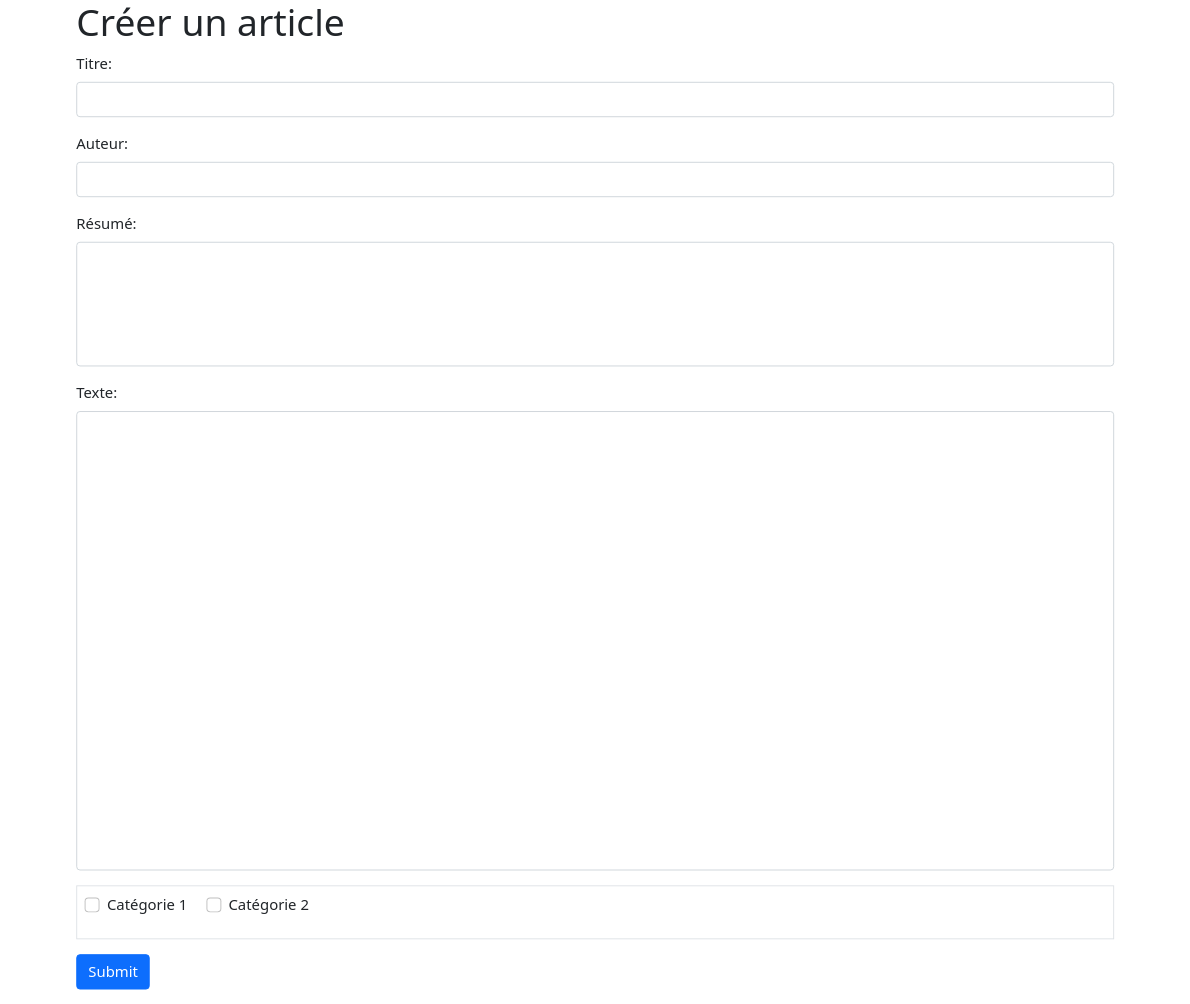
Repository: QuentinFayt/NewsWeb
Page: sources/adminNewsWeb/createArticle.html
An editor plug-in stored every save of this project. The page is shown before and after the next save, followed by the edit.
The browser window is 1280 px wide. The pictures show the whole page, at 93% of full size.

Above is the page before, as saved 2021-12-23 11:18:31.

After the next save:
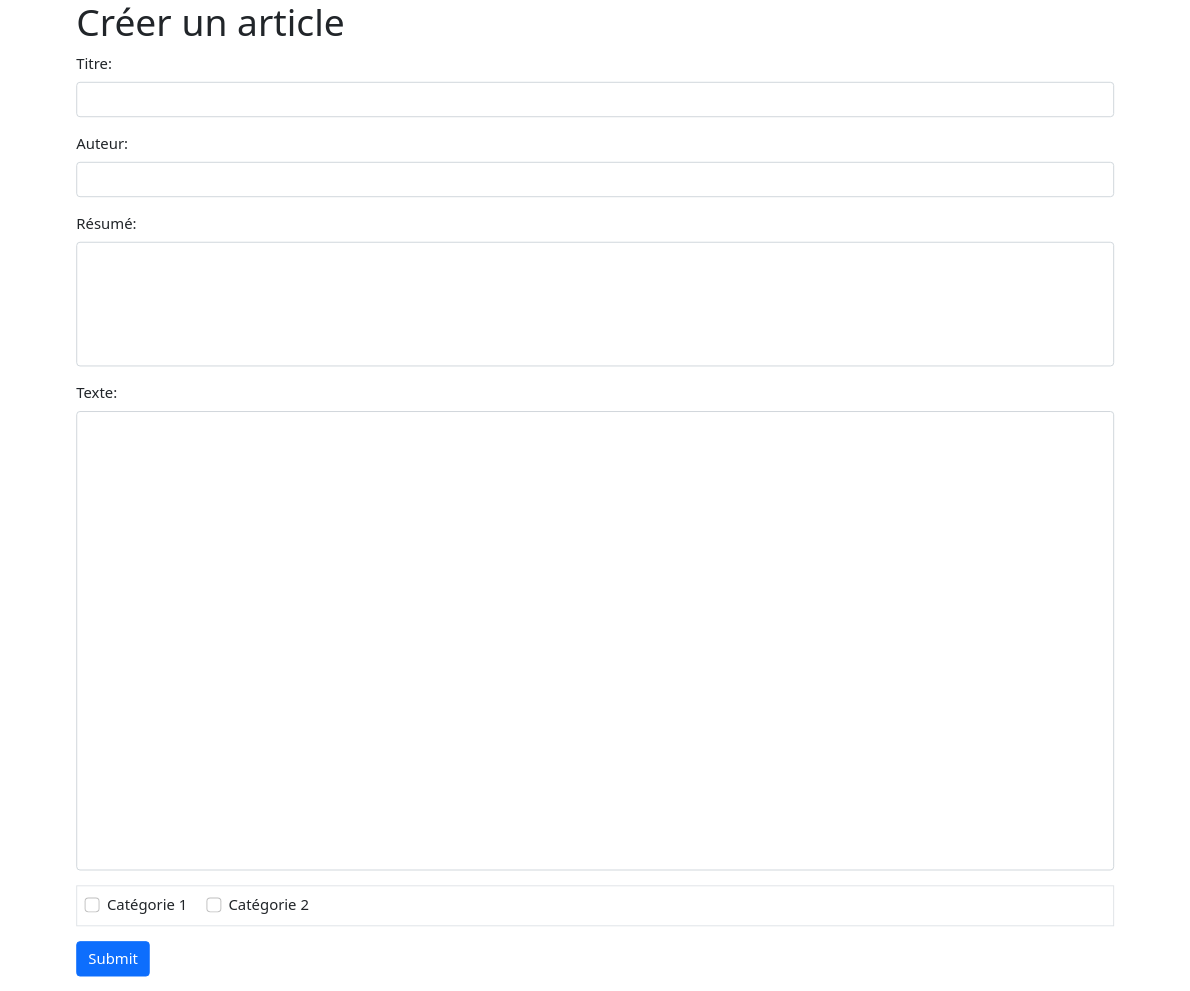
Saved 13 s later.
--- a/sources/adminNewsWeb/createArticle.html
+++ b/sources/adminNewsWeb/createArticle.html
@@ -33,7 +33,7 @@
                 <textarea name="text" class="form-control" id="text" rows="20" style="resize: none;" required></textarea>
             </div>
             <fieldset class="border p-2 mb-3">
-                <div class="form-check form-check-inline mb-3">
+                <div class="form-check form-check-inline">
                     <input name="section" class="form-check-input" type="checkbox" id="section1" value="option1">
                     <label class="form-check-label" for="section1">Catégorie 1</label>
                 </div>
